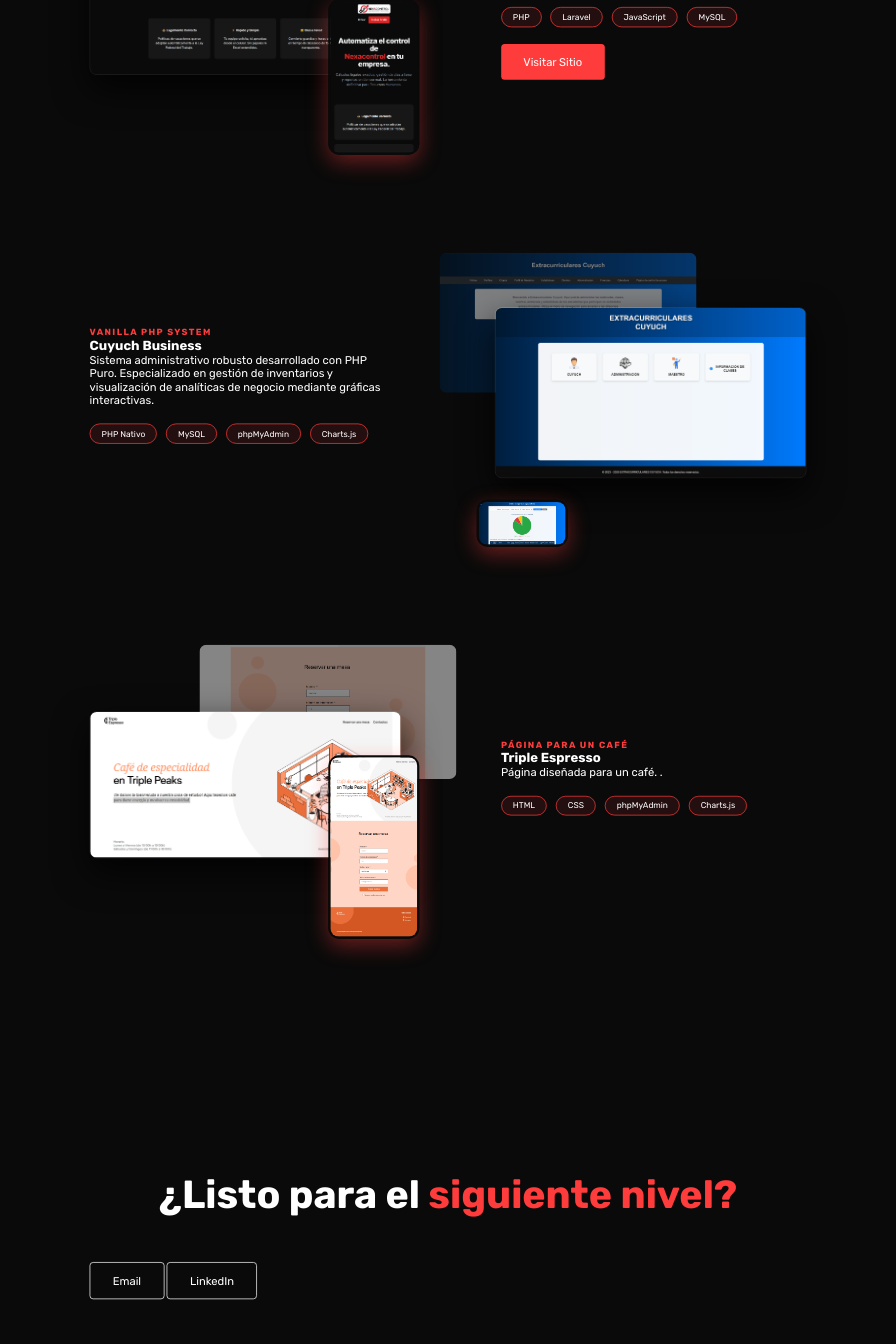
Repository: hercules830/Mi-portfolio-profesional
Page: index.html
These files come from the project's save history. The page is drawn as it stood at one moment and after the next save; the edit follows.
The browser window is 1280 px wide. The pictures show the part of the page from y = 1690 to 3610 px (the page is 3610 px tall), at 70% of full size.
Some web fonts or font styles are not loaded; a fallback is used.

Above is the page before, as saved 2026-05-30 20:04:42.

After the next save:
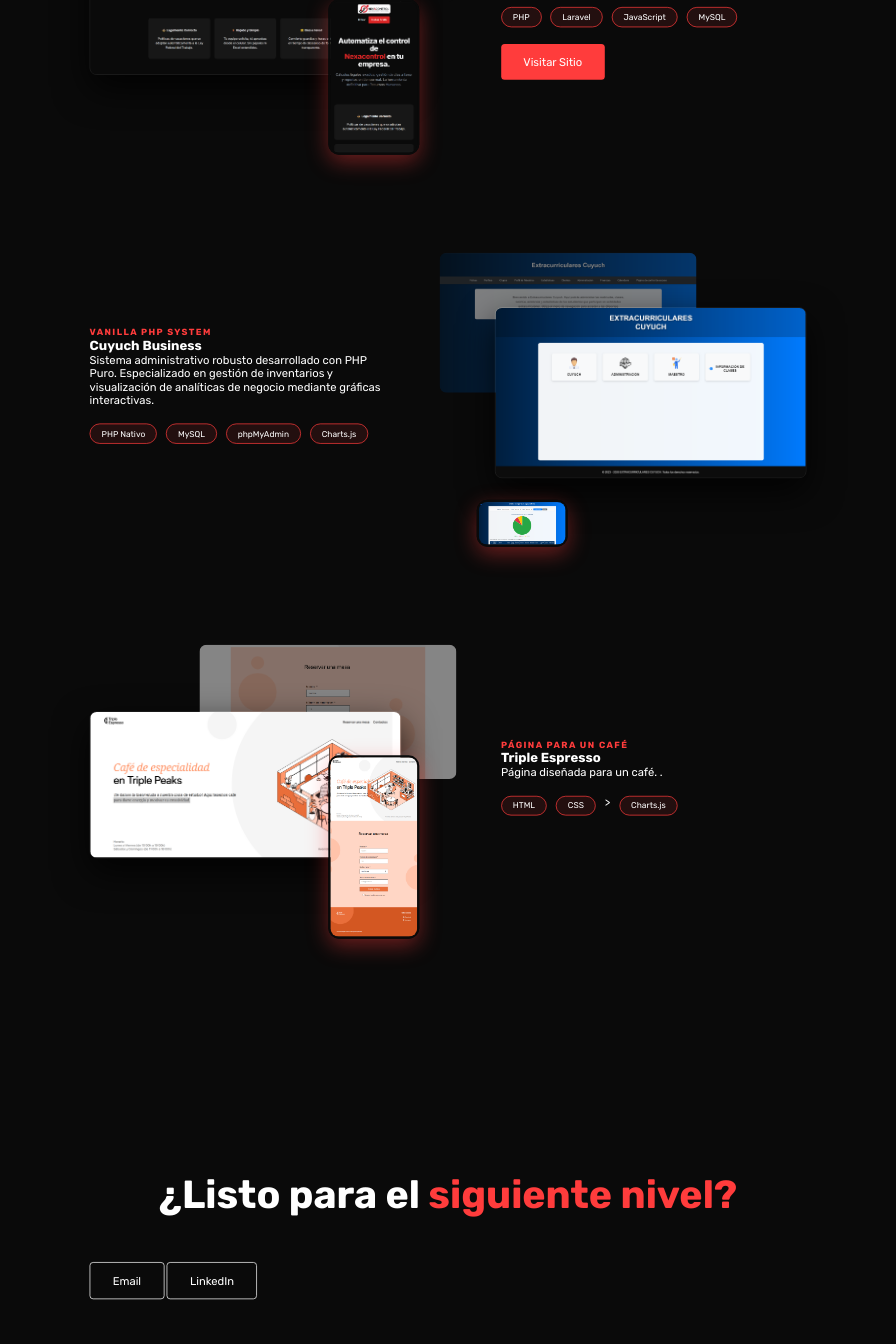
Saved 3 min 27 s later.
--- a/index.html
+++ b/index.html
@@ -157,8 +157,7 @@
           <h3>Triple Espresso</h3>
           <p>Página diseñada para un café. .</p>
           <div class="tech-stack">
-            <span>HTML</span><span>CSS</span><span>phpMyAdmin</span
-            ><span>Charts.js</span>
+            <span>HTML</span><span>CSS</span> ><span>Charts.js</span>
           </div>
         </div>
       </div>
